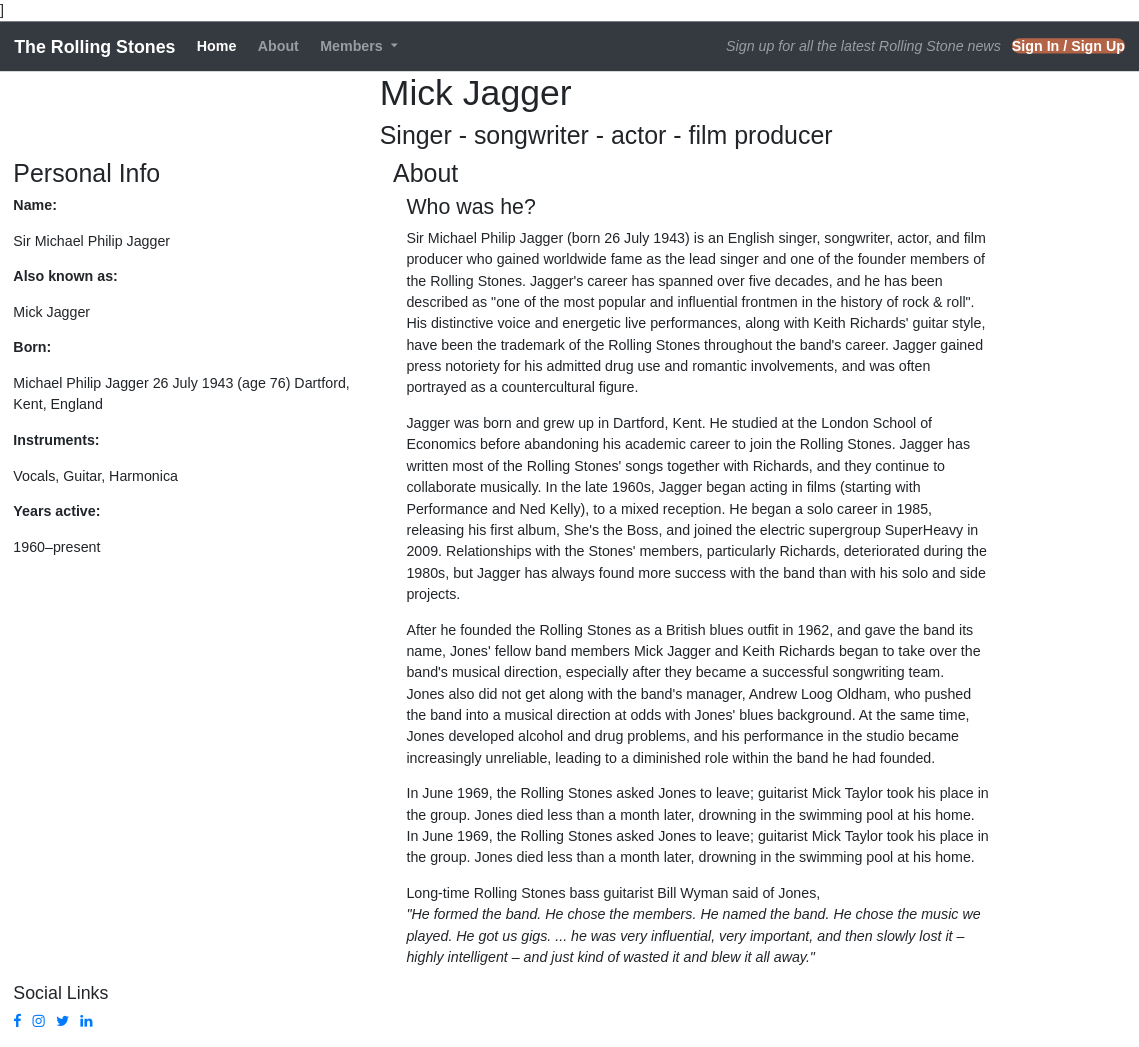
Repository: TecDruid/rolling-stones-fan-site
Page: mick-jagger.html
The author's editor kept a record of every edit. The page is drawn from the files as they stood at one moment, then again after the next edit.
The browser window is 1280 px wide. The pictures show the whole page, at 89% of full size.
Some web fonts or font styles are not loaded; a fallback is used. Some web libraries are served in a nearby version.

Above is the page before.

After the next edit:
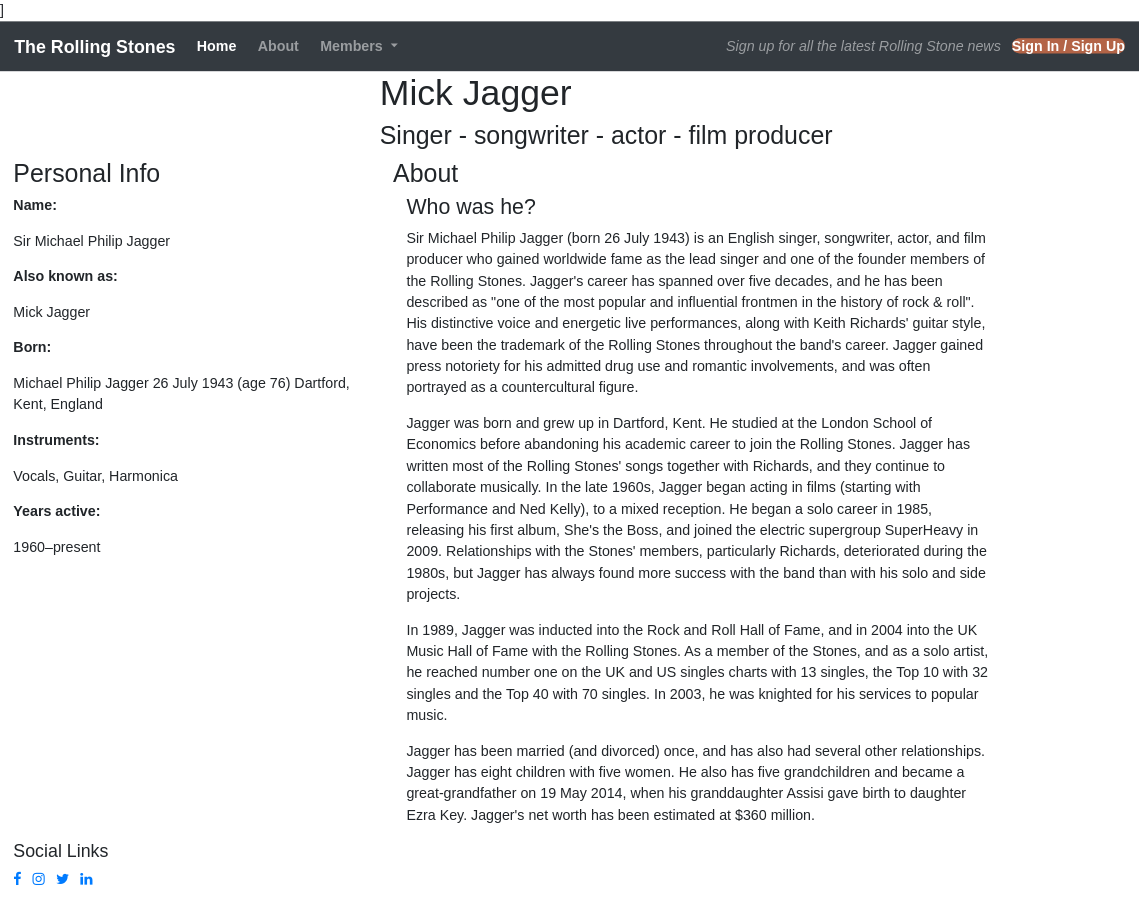
The edit:
--- a/mick-jagger.html
+++ b/mick-jagger.html
@@ -157,24 +157,23 @@
                 <div class="col-10">
                     <h4 class="three-reasons-heading uppercase">Who was he?</h4>
                     <p>
-                       Sir Michael Philip Jagger (born 26 July 1943) is an English singer, songwriter, actor, and film producer who gained worldwide fame as the lead singer and one of the founder members of the Rolling Stones. Jagger's career has spanned over five decades, and he has been described as "one of the most popular and influential frontmen in the history of rock & roll". His distinctive voice and energetic live performances, along with Keith Richards' guitar style, have been the trademark of the Rolling Stones throughout the band's career. Jagger gained press notoriety for his admitted drug use and romantic involvements, and was often portrayed as a countercultural figure.
-                    </p>
-
-                    <p>
-                        Jagger was born and grew up in Dartford, Kent. He studied at the London School of Economics before abandoning his academic career to join the Rolling Stones. Jagger has written most of the Rolling Stones' songs together with Richards, and they continue to collaborate musically. In the late 1960s, Jagger began acting in films (starting with Performance and Ned Kelly), to a mixed reception. He began a solo career in 1985, releasing his first album, She's the Boss, and joined the electric supergroup SuperHeavy in 2009. Relationships with the Stones' members, particularly Richards, deteriorated during the 1980s, but Jagger has always found more success with the band than with his solo and side projects.
-                    </p>
-                    <p>
-                        After he founded the Rolling Stones as a British blues outfit in 1962, and gave the band its name, Jones' fellow band members Mick Jagger and Keith Richards began to take over the band's musical direction, especially after they became a successful songwriting
-                        team.
-                        <br/> Jones also did not get along with the band's manager, Andrew Loog Oldham, who pushed the band into a musical direction at odds with Jones' blues background. At the same time, Jones developed alcohol and drug problems, and
-                        his performance in the studio became increasingly unreliable, leading to a diminished role within the band he had founded.
-                    </p>
-                    <p>
-                        In June 1969, the Rolling Stones asked Jones to leave; guitarist Mick Taylor took his place in the group. Jones died less than a month later, drowning in the swimming pool at his home. In June 1969, the Rolling Stones asked Jones to leave; guitarist Mick
-                        Taylor took his place in the group. Jones died less than a month later, drowning in the swimming pool at his home.
-                    </p>
-                    <p>Long-time Rolling Stones bass guitarist Bill Wyman said of Jones, <br/><i>"He formed the band. He chose the members. He named the band. He chose the music we played. He got us gigs. ... he was very influential, very important, and then slowly
-                        lost it – highly intelligent – and just kind of wasted it and blew it all away."</i>
+                        Sir Michael Philip Jagger (born 26 July 1943) is an English singer, songwriter, actor, and film producer who gained worldwide fame as the lead singer and one of the founder members of the Rolling Stones. Jagger's career has spanned over five decades,
+                        and he has been described as "one of the most popular and influential frontmen in the history of rock & roll". His distinctive voice and energetic live performances, along with Keith Richards' guitar style, have been the trademark
+                        of the Rolling Stones throughout the band's career. Jagger gained press notoriety for his admitted drug use and romantic involvements, and was often portrayed as a countercultural figure.
+                    </p>
+
+                    <p>
+                        Jagger was born and grew up in Dartford, Kent. He studied at the London School of Economics before abandoning his academic career to join the Rolling Stones. Jagger has written most of the Rolling Stones' songs together with Richards, and they continue
+                        to collaborate musically. In the late 1960s, Jagger began acting in films (starting with Performance and Ned Kelly), to a mixed reception. He began a solo career in 1985, releasing his first album, She's the Boss, and joined the
+                        electric supergroup SuperHeavy in 2009. Relationships with the Stones' members, particularly Richards, deteriorated during the 1980s, but Jagger has always found more success with the band than with his solo and side projects.
+                    </p>
+                    <p>
+                        In 1989, Jagger was inducted into the Rock and Roll Hall of Fame, and in 2004 into the UK Music Hall of Fame with the Rolling Stones. As a member of the Stones, and as a solo artist, he reached number one on the UK and US singles charts with 13 singles,
+                        the Top 10 with 32 singles and the Top 40 with 70 singles. In 2003, he was knighted for his services to popular music.
+                    </p>
+                    <p>
+                        Jagger has been married (and divorced) once, and has also had several other relationships. Jagger has eight children with five women. He also has five grandchildren and became a great-grandfather on 19 May 2014, when his granddaughter Assisi gave birth
+                        to daughter Ezra Key. Jagger's net worth has been estimated at $360 million.
                     </p>
                 </div>
             </div>
